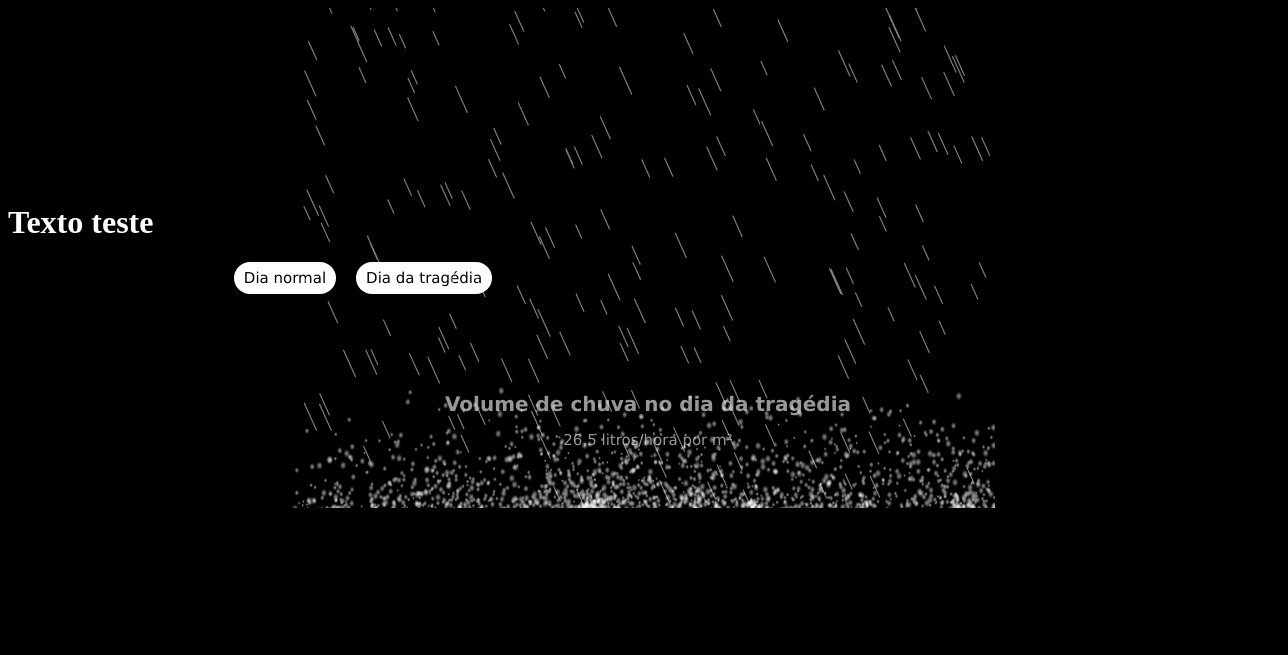
Repository: lucasthaynan/chuvas-estadao
Page: index.html
An editor plug-in stored every save of this project. The page is shown before and after the next save, followed by the edit.
The browser window is 1280 px wide. The page is 1288 px wide, so the pictures cover 1288 px, including what lies to the right of the window. The pictures show the whole page.

Above is the page before, as saved 2023-02-24 10:51:25.
Console error: ReferenceError: dat is not defined

After the next save:
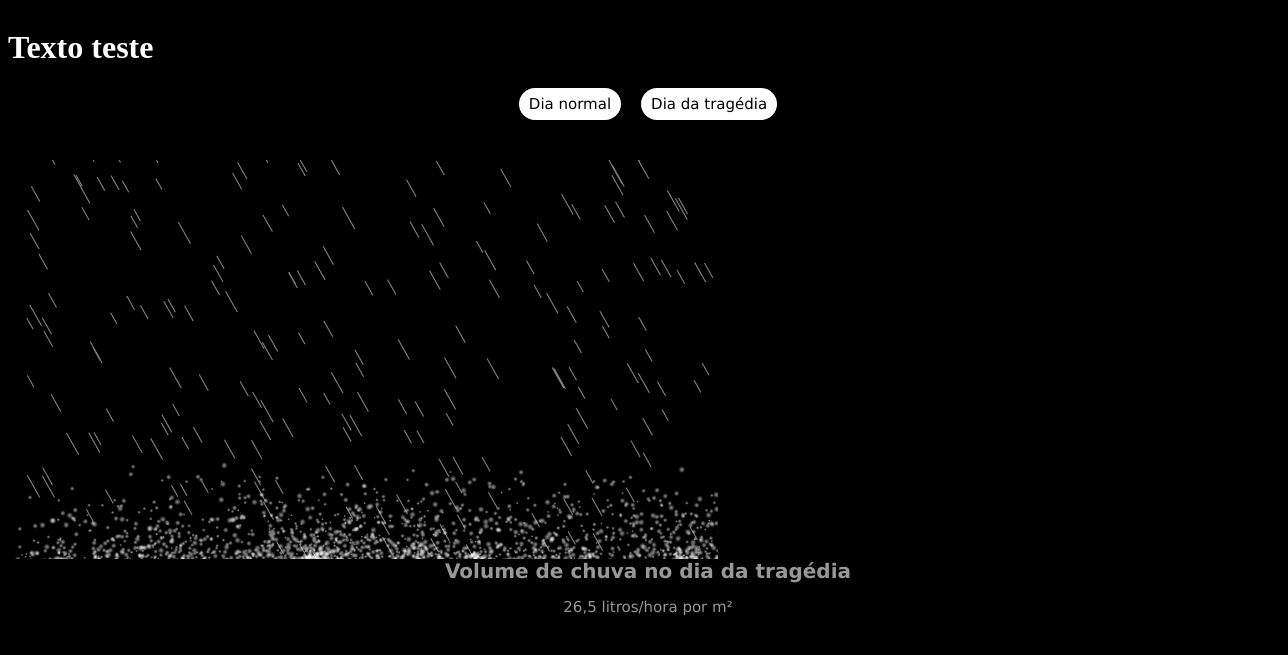
Saved 47 s later.
--- a/style.css
+++ b/style.css
@@ -16,14 +16,16 @@ body {
     width: 710px;
     height: 500px;
 
+    position: relative;
+    width: 100%;
+
 }
 
 canvas {
     width: 710px;
     height: 500px;
-    left: 50%;
-    position: absolute;
-    transform: translateX(-50%);
+
+
 
 }
 
@@ -39,8 +41,10 @@ canvas {
     width: 710px;
     height: 500px;
 
-    position: relative;
-    width: 100%;
+    left: 50%;
+
+    position: absolute;
+    transform: translateX(-50%);
 
 	@media (max-height: 400px) {
 		display: none;
